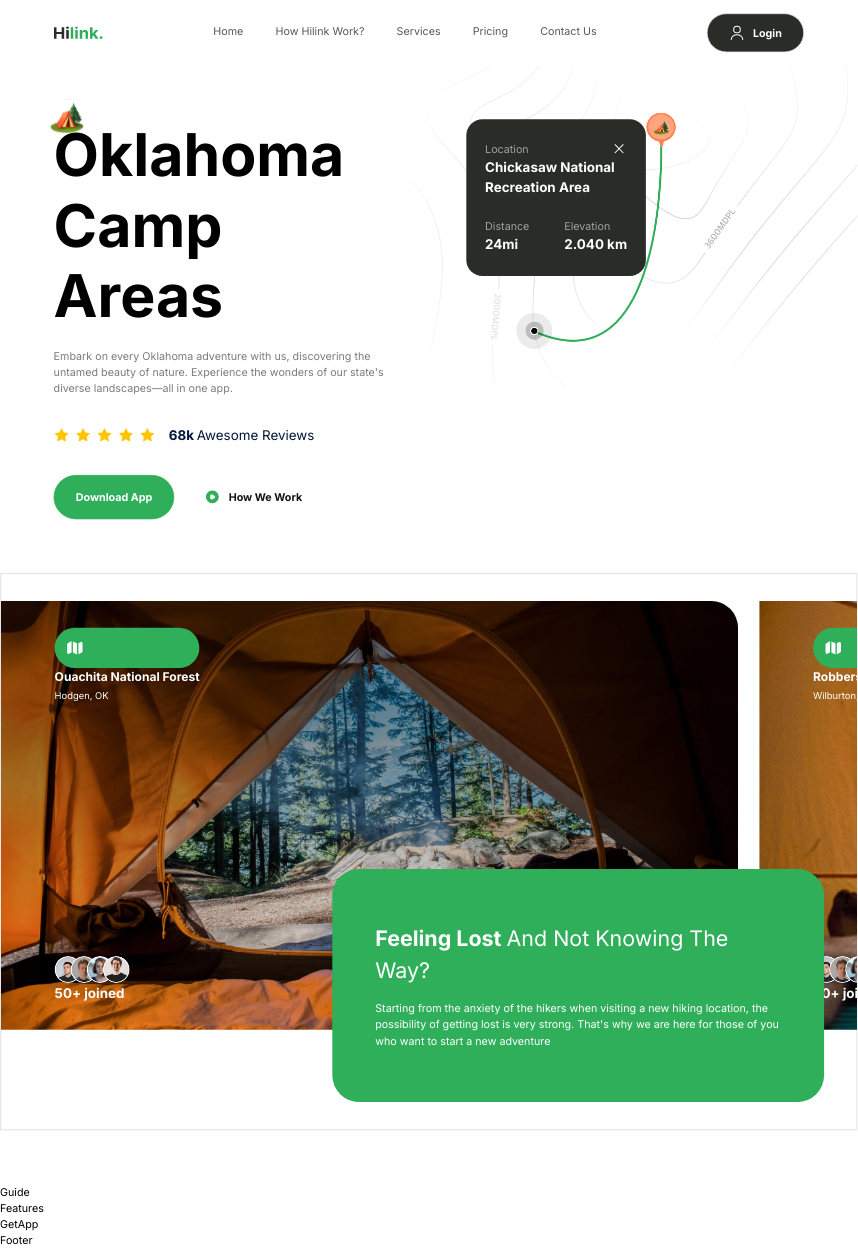
Repository: MikeeBuilds/camp
Page: /
An editor plug-in stored every save of this project. The page is shown before and after a run of saves, followed by the edit.
The browser window is 1280 px wide. The pictures show the whole page, at 67% of full size.
The project was rebuilt for these pictures with package versions that can differ from the ones it lists, and the page was loaded fresh each time. The framework's server and built-in components were replaced by stand-ins that run in the browser. Also part of the build but not shown: next.config.js.

Above is the page before, as saved 2023-11-24 22:28:28.

After the next 8 saves:
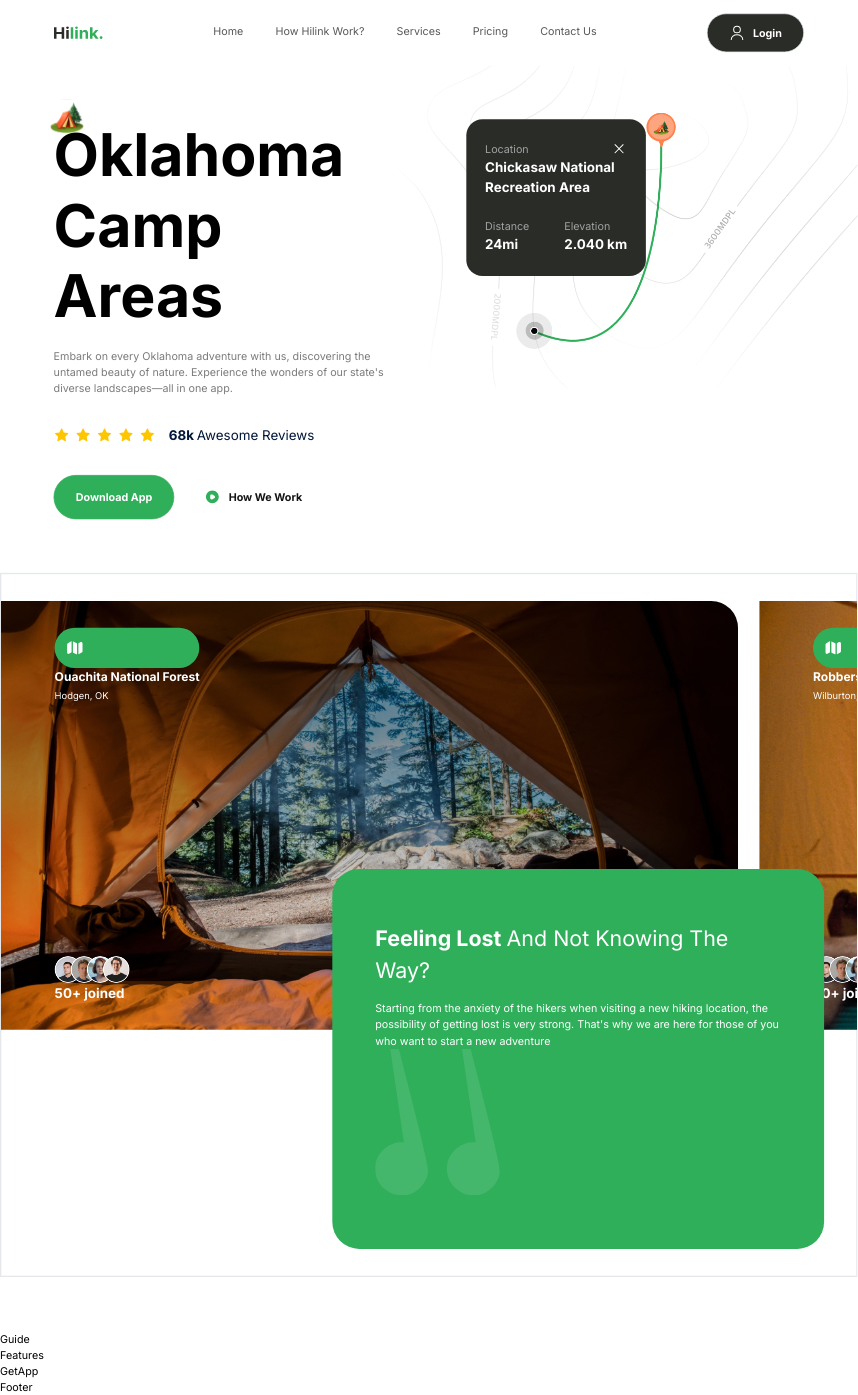
The 8 saves are shown as one change because 2 did not build or start and some came seconds apart.
The last was saved 27 s later.
--- a/components/Camp.tsx
+++ b/components/Camp.tsx
@@ -84,7 +84,10 @@ const Camp = () => {
             who want to start a new adventure
           </p>
           <Image
-            src=""
+            src="/quote.svg"
+            alt="camp-2"
+            width={186}
+            height={219}
           />
         </div>
       </div>
